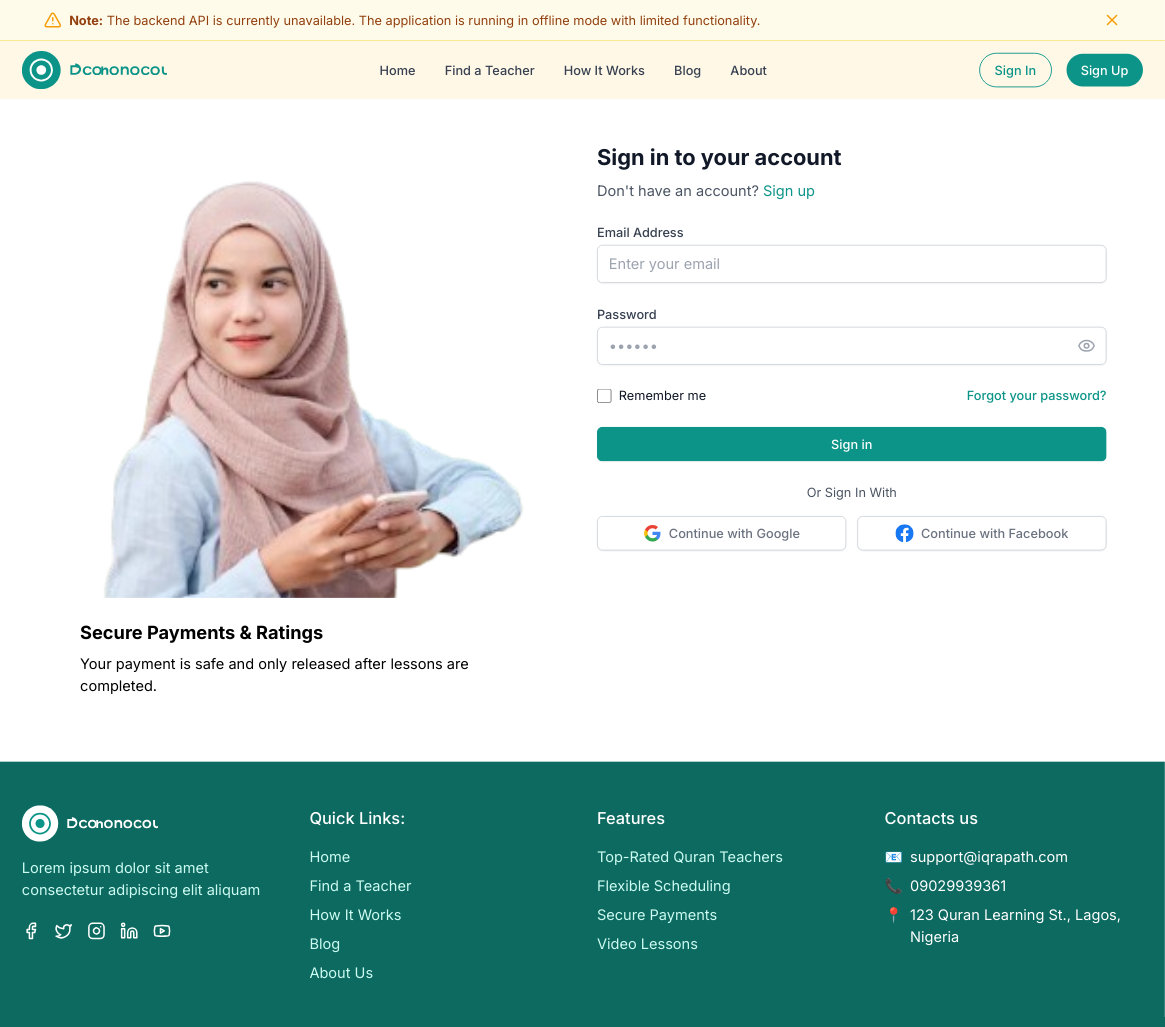
Repository: tafolabi009/originalq
Page: /auth/login
An editor plug-in stored every save of this project. The page is shown before and after a run of saves, followed by the edit.
The browser window is 1280 px wide. The pictures show the whole page, at 91% of full size.
The page's requests for data from a server got no answer. The project was rebuilt for these pictures with package versions that can differ from the ones it lists, and the page was loaded fresh each time. The framework's server and built-in components were replaced by stand-ins that run in the browser. No one was signed in, and anything a server would have sent is missing. Also part of the build but not shown: next.config.mjs.

Above is the page before, as saved 2025-03-28 20:45:03.

After the next 5 saves:
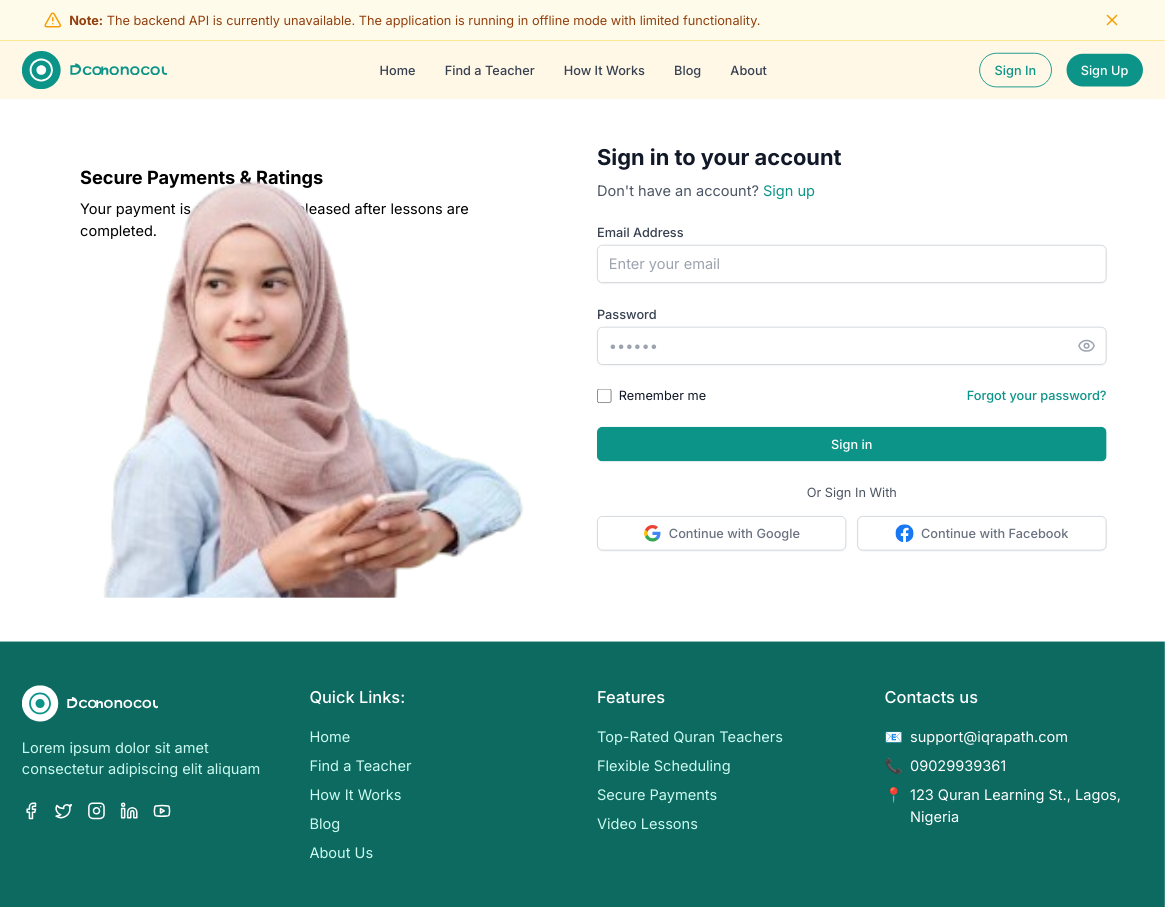
The 5 saves are shown as one change because they came seconds apart.
The last was saved 30 s later.
--- a/app/auth/login/page.tsx
+++ b/app/auth/login/page.tsx
@@ -79,10 +79,10 @@ export default function LoginPage() {
                       fill
                       className="object-cover"
                     />
-                  </div>
-                  <div className="p-6 bg-[transparant] text-black">
+                    <div className="p-6 bg-[transparant] text-black">
                     <h3 className="text-xl font-bold mb-2">Secure Payments & Ratings</h3>
                     <p>Your payment is safe and only released after lessons are completed.</p>
+                  </div>
                   </div>
                 </div>
               </div>
